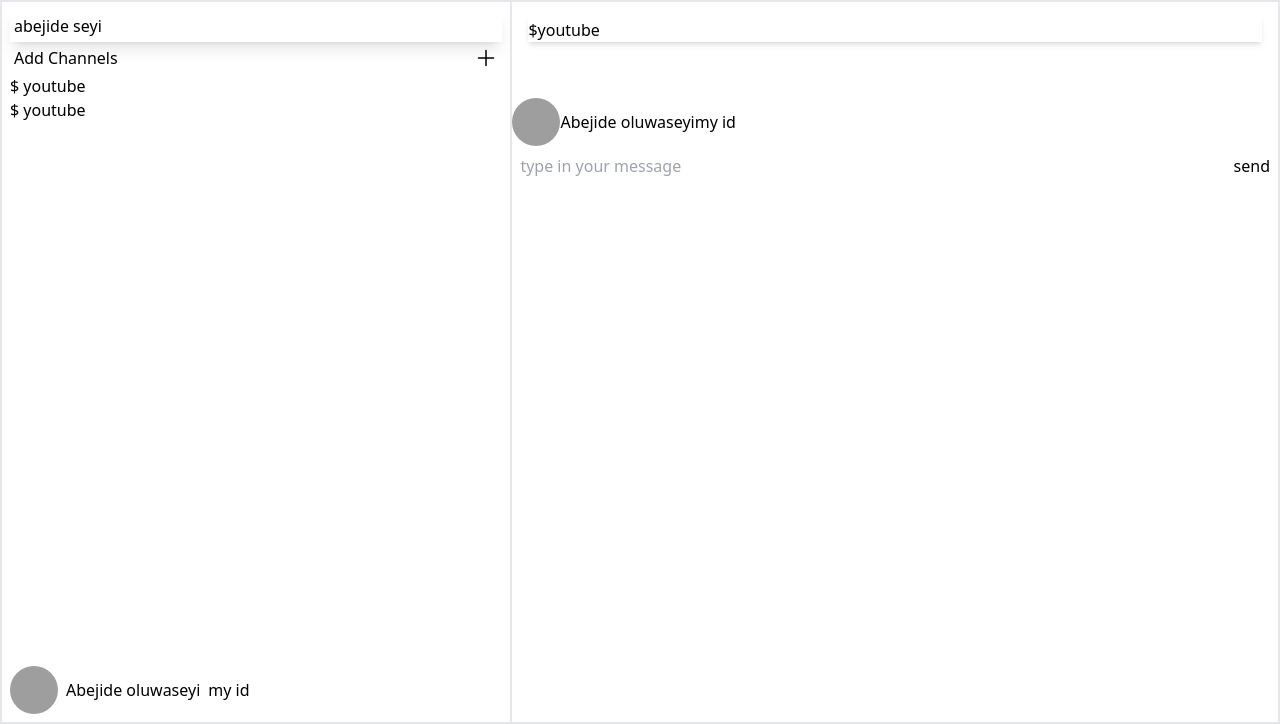
Repository: Semanmernstack/chat-mini
Page: /
An editor plug-in stored every save of this project. The page is shown before and after the next save, followed by the edit.
The browser window is 1280 px wide. The pictures show the whole page.
Pictures or frames that could not be fetched are drawn as grey boxes. The project was rebuilt for these pictures with package versions that can differ from the ones it lists, and the page was loaded fresh each time. Also part of the build but not shown: src/features/counter/Counter.module.css, src/features/counter/Counter.js.

Above is the page before, as saved 2022-11-14 07:20:05.

After the next save:
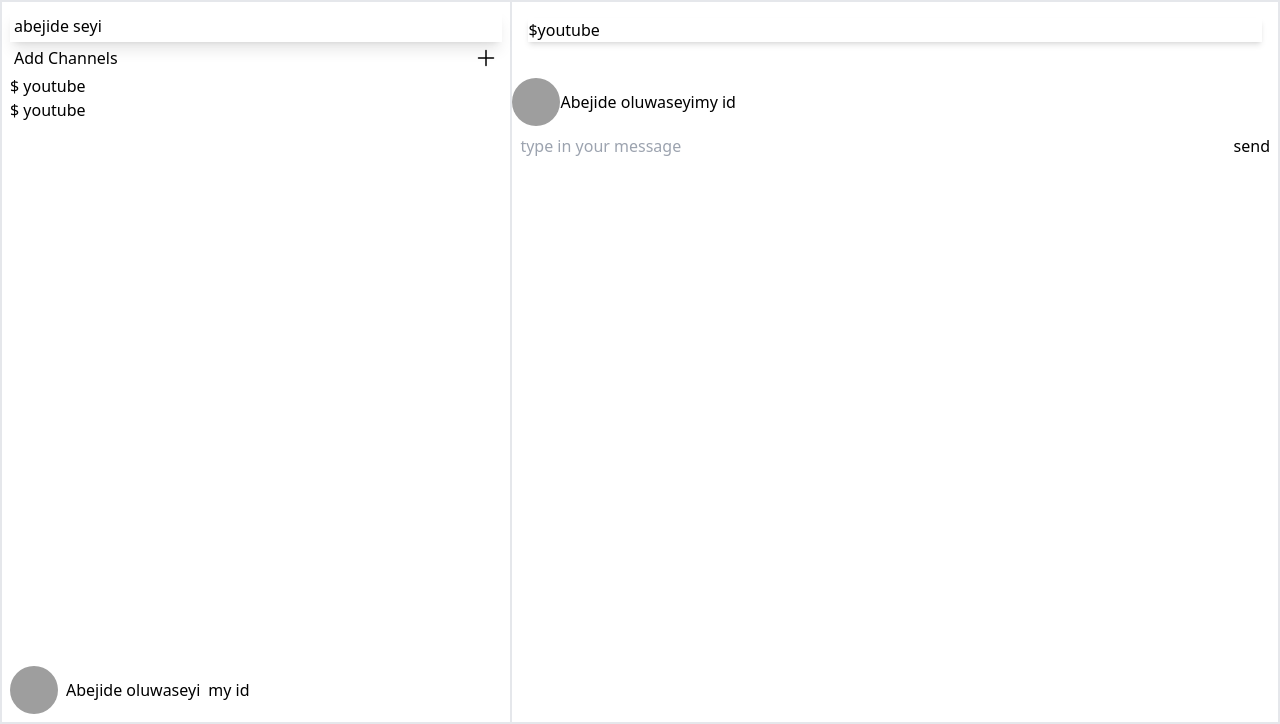
Saved 7 s later.
--- a/src/BodyHeader.js
+++ b/src/BodyHeader.js
@@ -4,7 +4,7 @@ function BodyHeader() {
   return (
     <div className=" flex flex-col   p-4">
 
-        <div className="shadow-md mb-10">
+        <div className="shadow-md mb-5">
             <h1 >$youtube</h1>
 
         </div>
